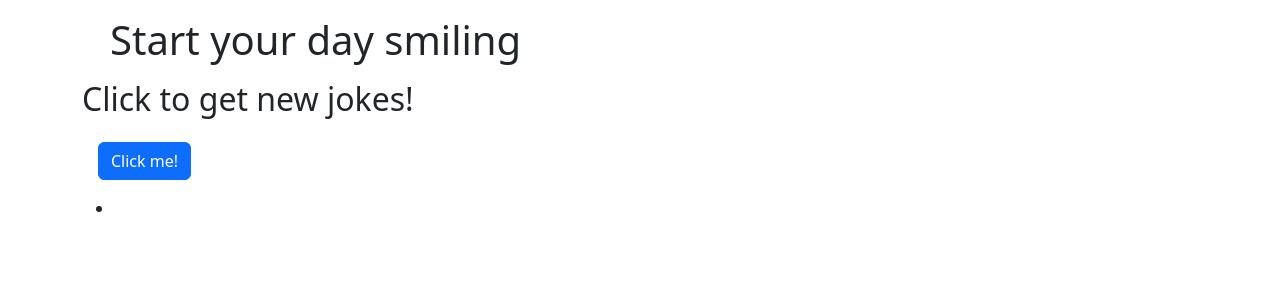
Repository: danieltikamori/wdb
Page: projects/Joke Machine/index.html
These files come from the project's save history. The page is drawn as it stood at one moment and after a run of saves; the edit follows.
The browser window is 1280 px wide. The pictures show the whole page.
After loading, the first visible `#jokeButton` was clicked once.
The page's requests for data from a server got no answer. Some web libraries are served in a nearby version.

Above is the page before, as saved 2023-01-28 18:05:10.

### projects/Joke Machine/index.html
<!DOCTYPE html>
<html lang="en">
<head>
  <meta charset="UTF-8">
  <meta http-equiv="X-UA-Compatible" content="IE=edge">
  <meta name="viewport" content="width=device-width, initial-scale=1.0">
  <title>Joke Machine</title>
  <link href="https://cdn.jsdelivr.net/npm/bootstrap@5.3.0-alpha1/dist/css/bootstrap.min.css" rel="stylesheet" integrity="sha384-GLhlTQ8iRABdZLl6O3oVMWSktQOp6b7In1Zl3/Jr59b6EGGoI1aFkw7cmDA6j6gD" crossorigin="anonymous">
</head>
<body>
  <div class="container">
    <h1 class="m-3 container-fluid">Start your day smiling</h1>
    <h2>Click to get new jokes!</h2>
    <button id="jokeButton" class="btn btn-primary m-3">Click me!</button>
    <ul id="jokes"></ul>
  </div>

  <script src="https://cdn.jsdelivr.net/npm/bootstrap@5.3.0-alpha1/dist/js/bootstrap.bundle.min.js" integrity="sha384-w76AqPfDkMBDXo30jS1Sgez6pr3x5MlQ1ZAGC+nuZB+EYdgRZgiwxhTBTkF7CXvN" crossorigin="anonymous"></script><script src="https://cdn.jsdelivr.net/npm/bootstrap@5.3.0-alpha1/dist/js/bootstrap.bundle.min.js" integrity="sha384-w76AqPfDkMBDXo30jS1Sgez6pr3x5MlQ1ZAGC+nuZB+EYdgRZgiwxhTBTkF7CXvN" crossorigin="anonymous"></script>
  <script src="https://cdn.jsdelivr.net/npm/axios@1.1.2/dist/axios.min.js"></script>
  <script src="app.js"></script>
</body>
</html>

### projects/Joke Machine/app.js
// axios.get("https://icanhazdadjoke.com/").then((res) =>{
//   console.log("Accept: ")
// })

const jokes = document.querySelector("#jokes");
const button = document.querySelector("#jokeButton");

const addNewJoke = async () => {
  const jokeText = await getDadJoke();
  const newLI = document.createElement("LI");
  newLI.append(jokeText);
  jokes.append(newLI);
};

const getDadJoke = async () => {
  try {
    const config = { headers: { Accept: "application/json" } };
    const response = await axios.get("https://icanhazdadjoke.com/", config);
    return response.data.joke;
  } catch (err) {
    return "";
  }
};
button.addEventListener("click", addNewJoke); //Event listener must be after the function

After the next 2 saves:
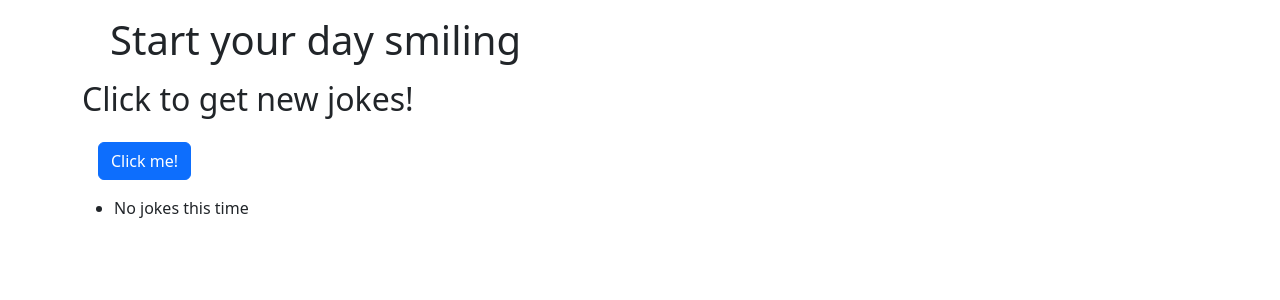
The 2 saves are shown as one change because they came seconds apart.
The last was saved 8 s later.
--- a/projects/Joke Machine/app.js
+++ b/projects/Joke Machine/app.js
@@ -18,7 +18,7 @@
     const response = await axios.get("https://icanhazdadjoke.com/", config);
     return response.data.joke;
   } catch (err) {
-    return "";
+    return "No jokes this time";
   }
 };
 button.addEventListener("click", addNewJoke); //Event listener must be after the function
